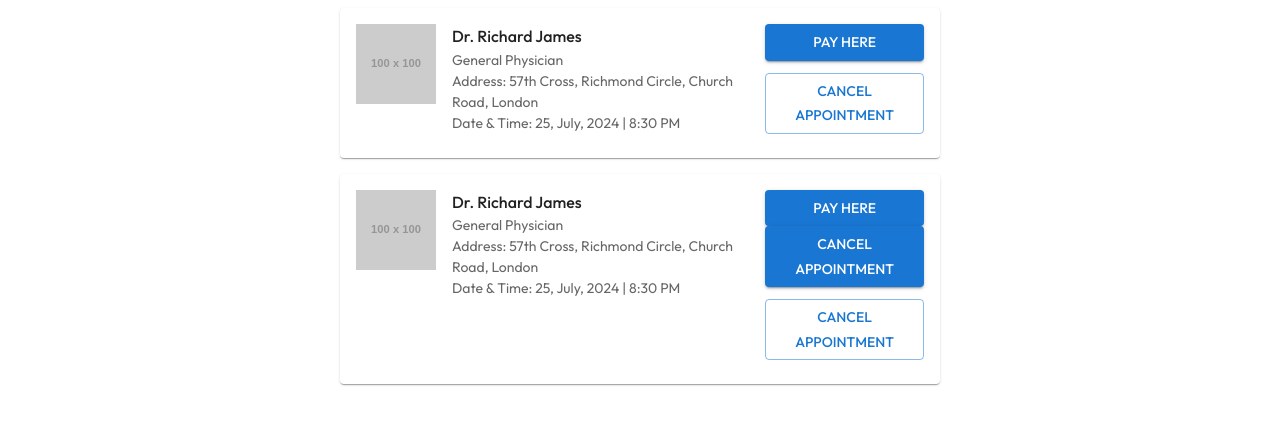
Repository: Ali-Dmerdash/DEPI_GRAD
Page: /
An editor plug-in stored every save of this project. The page is shown before and after the next save, followed by the edit.
The browser window is 1280 px wide. The pictures show the whole page.
The project was rebuilt for these pictures with package versions that can differ from the ones it lists, and the page was loaded fresh each time. Also part of the build but not shown: vite.config.ts.

Above is the page before, as saved 2024-10-08 20:39:49.

### src/App.tsx
import "./App.css";
import "react-router-dom";
import { library } from "@fortawesome/fontawesome-svg-core";
import { fab } from "@fortawesome/free-brands-svg-icons";
import { fas } from "@fortawesome/free-solid-svg-icons";
import { far } from "@fortawesome/free-regular-svg-icons";
import Myappointment from "./pages/myappointment";

function App() {
  return (
    <>
      <Myappointment />
    </>
  );
}

export default App;
library.add(fab, fas, far);

### src/index.css
@import url("https://fonts.googleapis.com/css2?family=Outfit:wght@100..900&display=swap");

body {
  font-family: "Outfit", sans-serif;
  color: var(--text-color);
}

:root {
  --primary-color: #07456f;
  --secondary-color: #009f9d;
  --text-color: #0f0a3c;
  --card-button-color: #ace6f6;
  --border-color: #adadad;
}

### src/App.css
@import "./App.css";

body {
  color: var(--text-color);
}

### src/pages/myappointment/index.tsx
import React from "react";
import { Box, Card, CardContent, Typography, Button } from "@mui/material";

const MyAppointment: React.FC = () => {
  return (
    <Box sx={{ maxWidth: 600, margin: "0 auto" }}>
      <Card sx={{ marginBottom: 2 }}>
        <CardContent>
          <Box display="flex" alignItems="flex-start">
            <img
              src="https://via.placeholder.com/100"
              alt="Doctor"
              style={{ width: "80px", height: "80px", marginRight: "16px" }}
            />
            <Box flexGrow={1}>
              <Typography variant="h6" fontSize="16px">
                Dr. Richard James
              </Typography>
              <Typography color="textSecondary" fontSize="14px">
                General Physician
              </Typography>
              <Typography color="textSecondary" fontSize="14px">
                Address: 57th Cross, Richmond Circle, Church Road, London
              </Typography>
              <Typography color="textSecondary" fontSize="14px">
                Date & Time: 25, July, 2024 | 8:30 PM
              </Typography>
            </Box>
            <Box
              display="flex"
              flexDirection="column"
              justifyContent="flex-end"
            >
              <Button variant="contained" color="primary">
                Pay here
              </Button>
              <Button
                variant="outlined"
                color="primary"
                sx={{ marginTop: 1.5 }}
              >
                Cancel appointment
              </Button>
            </Box>
          </Box>
        </CardContent>
      </Card>

      <Card>
        <CardContent>
          <Box display="flex" alignItems="flex-start">
            <img
              src="https://via.placeholder.com/100"
              alt="Doctor"
              style={{ width: "80px", height: "80px", marginRight: "16px" }}
            />
            <Box flexGrow={1}>
              <Typography variant="h6" fontSize="16px">
                Dr. Richard James
              </Typography>
              <Typography color="textSecondary" fontSize="14px">
                General Physician
              </Typography>
              <Typography color="textSecondary" fontSize="14px">
                Address: 57th Cross, Richmond Circle, Church Road, London
              </Typography>
              <Typography color="textSecondary" fontSize="14px">
                Date & Time: 25, July, 2024 | 8:30 PM
              </Typography>
            </Box>
            <Box
              display="flex"
              flexDirection="column"
              justifyContent="flex-end"
            >
              <Button variant="contained" color="primary">
                Pay here
              </Button>
              <Button variant="contained" color="primary">
                Cancel appointment
              </Button>
              <Button
                variant="outlined"
                color="primary"
                sx={{ marginTop: 1.5 }}
              >
                Cancel appointment
              </Button>
            </Box>
          </Box>
        </CardContent>
      </Card>
    </Box>
  );
};

export default MyAppointment;

Loaded but not shown: index.html (common file); src/main.tsx (common file)

After the next save:
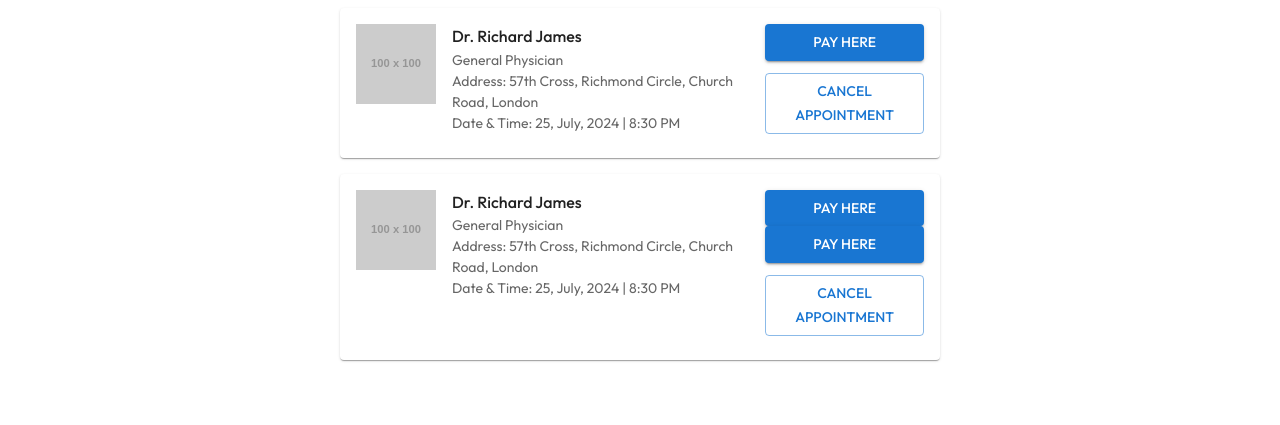
Saved 10 s later.
--- a/src/pages/myappointment/index.tsx
+++ b/src/pages/myappointment/index.tsx
@@ -77,7 +77,7 @@ const MyAppointment: React.FC = () => {
                 Pay here
               </Button>
               <Button variant="contained" color="primary">
-                Cancel appointment
+                Pay here
               </Button>
               <Button
                 variant="outlined"
